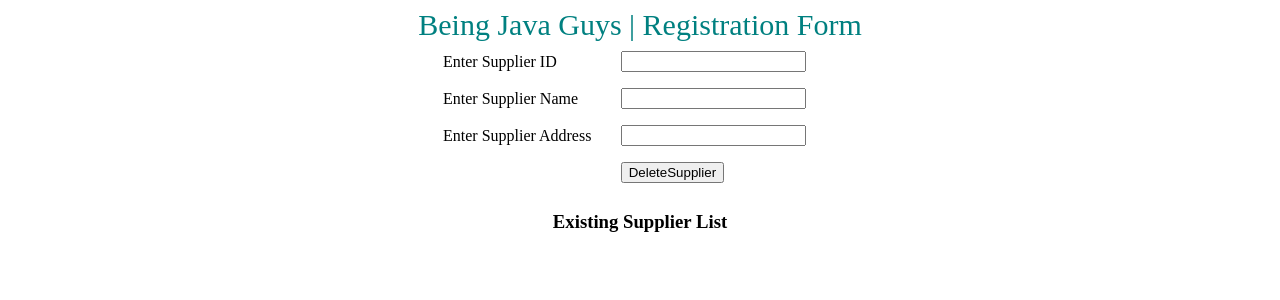
Repository: KaustubhKamat/ShoppingCartProject
Page: http://localhost/NewShoppingCart/WEB-INF/views/DeleteSupplier.jsp
The author's editor kept a copy of each file at every save. The page is drawn from the files as they stood at one save, then again after the next save.
The browser window is 1280 px wide. The pictures show the whole page.
The page is served by Tomcat 9. Nobody is signed in. The template is opened directly, without the code that normally fills it, so the values that code supplies are empty.

Above is the page before, as saved 2017-01-17 06:34:23.

After the next save:
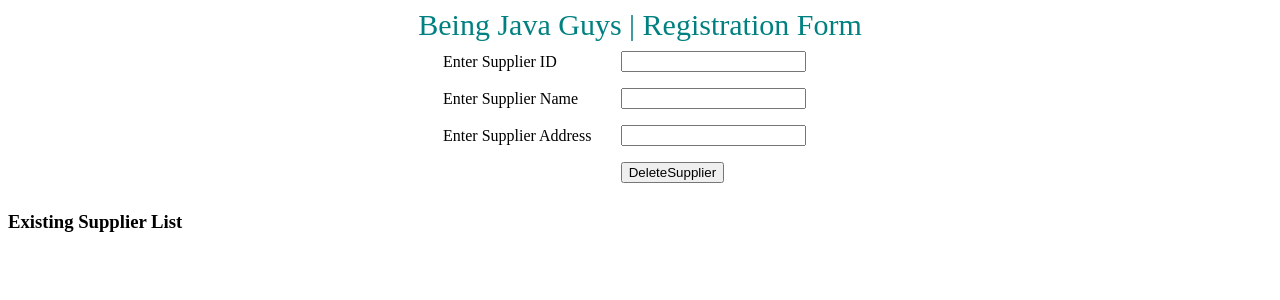
Saved 22 s later.
--- a/NewShoppingCart/src/main/webapp/WEB-INF/views/DeleteSupplier.jsp
+++ b/NewShoppingCart/src/main/webapp/WEB-INF/views/DeleteSupplier.jsp
@@ -41,6 +41,7 @@
     </tr>
    </table>
   </form:form>
+  </center>
 
 
 <div class="col-sm-offset-4 col-sm-35">
